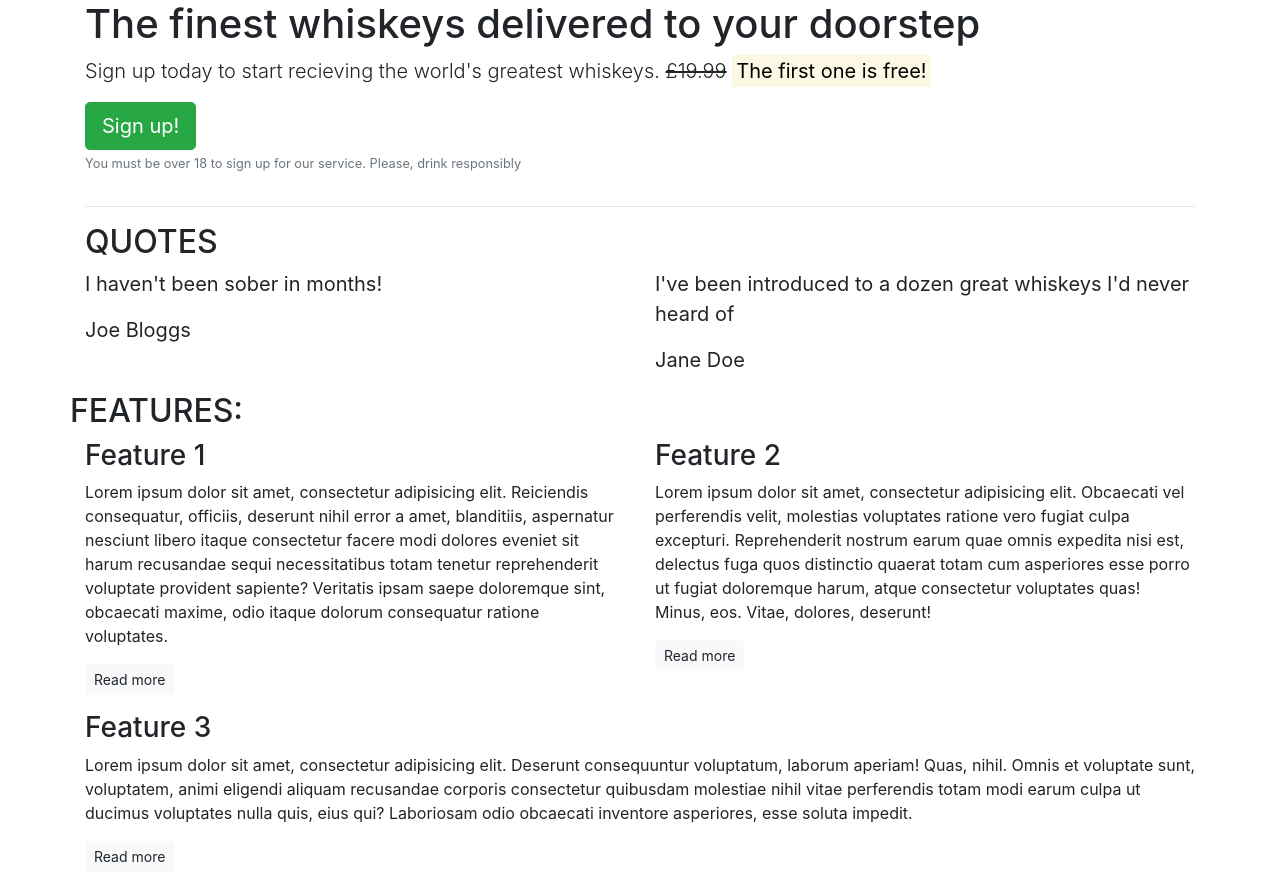
Repository: Matt-F90/Intro-to-bootstrap
Page: index..html
The author's editor kept a record of every edit. The page is drawn from the files as they stood at one moment, then again after the next edit.
The browser window is 1280 px wide. The pictures show the whole page.

Above is the page before.
Console error: TypeError: Cannot read properties of undefined (reading 'fn')

### index..html
<!DOCTYPE html>
<html lang="en">

<head>
    <meta charset="UTF-8">
    <meta name="viewport" content="width=device-width, initial-scale=1.0">
    <meta http-equiv="X-UA-Compatible" content="ie=edge">
    <title>Whiskey Drop | Taste a new whiskey every month</title>
    <link rel="stylesheet" href="https://stackpath.bootstrapcdn.com/bootstrap/4.1.3/css/bootstrap.min.css" integrity="sha384-MCw98/SFnGE8fJT3GXwEOngsV7Zt27NXFoaoApmYm81iuXoPkFOJwJ8ERdknLPMO" crossorigin="anonymous">
    <script src="https://stackpath.bootstrapcdn.com/bootstrap/4.1.3/js/bootstrap.min.js" integrity="sha384-ChfqqxuZUCnJSK3+MXmPNIyE6ZbWh2IMqE241rYiqJxyMiZ6OW/JmZQ5stwEULTy" crossorigin="anonymous"></script>
</head>

<body>
    <article class="container">
        <div class="row">
            <div class="col-12">
                <section class="callout">
                    <h1>The finest whiskeys delivered to your doorstep</h1>
                    <p class="lead">Sign up today to start recieving the world's greatest whiskeys.
                        <s>£19.99</s> <strong><mark>The first one is free!</mark></strong></p>
                    <button class="btn btn-success btn-lg">Sign up!</button>
                    <p class="text-muted"><small>You must be over 18 to sign up for our service. Please, drink responsibly</small></p>
                </section>
            </div>
        </div>

        <hr>
        <section class="quotes">
            <div class="row">
                <div class="col-12">
                    <h2 class="text-uppercase">Quotes</h2>
                </div>
            </div>
            <div class="row">
                <div class="col-12 col-md-6">
                    <blockquote class="blockquote">
                        <p>I haven't been sober in months!</p>
                        <p>Joe Bloggs</p>
                    </blockquote>
                </div>
                <div class="col-12 col-md-6">
                    <blockquote class="blockquote">
                        <p>I've been introduced to a dozen great whiskeys I'd never heard of</p>
                        <p>Jane Doe</p>
                    </blockquote>
                </div>
            </div>
        </section>


        <section class="features">
            <div class="row">
                <div class="col-12"></div>
                <h2 class="text-uppercase">Features:</h2>
            </div>
            </div>
            <div class="row">
                <div class="col-12 col-md-6">
                <div class="feature">
                        <h3>Feature 1</h3>
                        <p>Lorem ipsum dolor sit amet, consectetur adipisicing elit. Reiciendis consequatur, officiis, deserunt nihil error a amet, blanditiis, aspernatur nesciunt libero itaque consectetur facere modi dolores eveniet sit harum recusandae
                            sequi necessitatibus totam tenetur reprehenderit voluptate provident sapiente? Veritatis ipsam saepe doloremque sint, obcaecati maxime, odio itaque dolorum consequatur ratione voluptates.</ipsum50>
                        </p>
                        <p><a class="btn btn-sm btn-light">Read more</a></p>
                    </div>
                </div>
                <div class="col-12 col-md-6">
                <div class="feature">
                        <h3>Feature 2</h3>
                        <p>Lorem ipsum dolor sit amet, consectetur adipisicing elit. Obcaecati vel perferendis velit, molestias voluptates ratione vero fugiat culpa excepturi. Reprehenderit nostrum earum quae omnis expedita nisi est, delectus fuga quos distinctio
                            quaerat totam cum asperiores esse porro ut fugiat doloremque harum, atque consectetur voluptates quas! Minus, eos. Vitae, dolores, deserunt!</p>
                        <p><a class="btn btn-sm btn-light">Read more</a></p>
                    </div>
                </div>
                <div class="col-12">
                <div class="feature">
                        <h3>Feature 3</h3>
                        <p>Lorem ipsum dolor sit amet, consectetur adipisicing elit. Deserunt consequuntur voluptatum, laborum aperiam! Quas, nihil. Omnis et voluptate sunt, voluptatem, animi eligendi aliquam recusandae corporis consectetur quibusdam molestiae
                            nihil vitae perferendis totam modi earum culpa ut ducimus voluptates nulla quis, eius qui? Laboriosam odio obcaecati inventore asperiores, esse soluta impedit.</p>
                        <p><a class="btn btn-sm btn-light">Read more</a></p>
                    </div>
                </div>
            </div>
        </section>

    </article>

</body>

</html>

After the next edit:
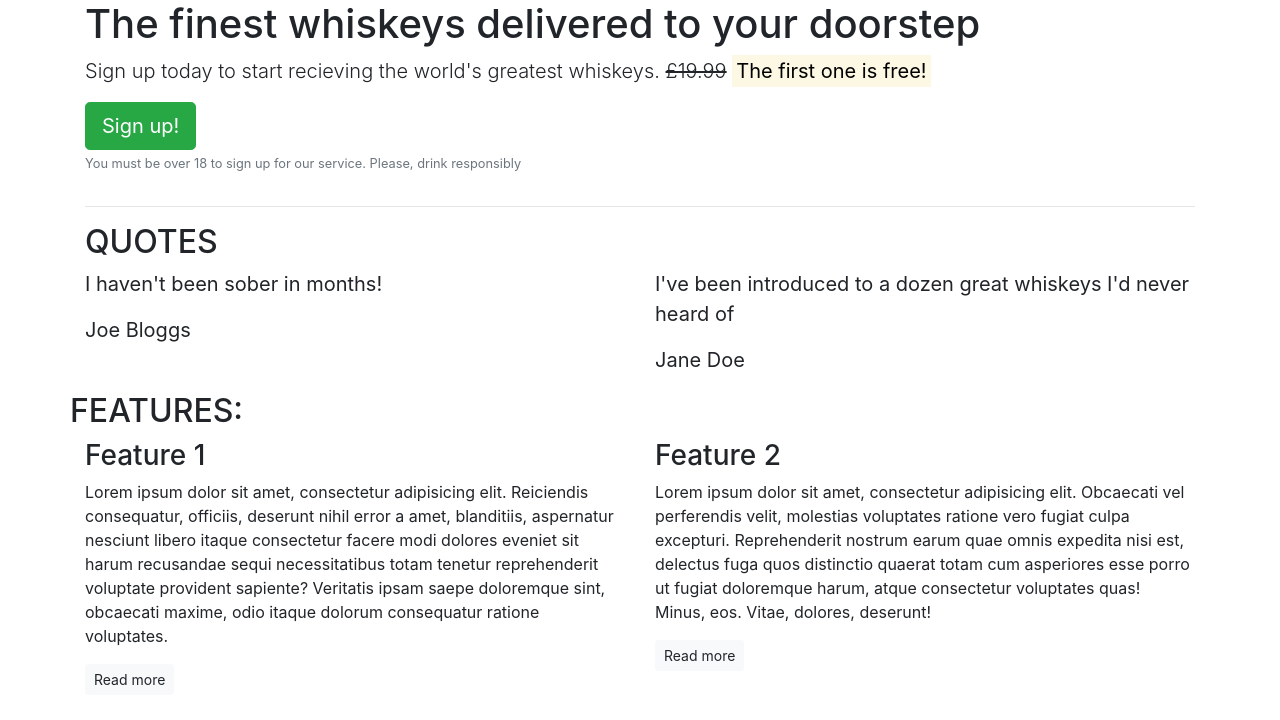
The edit:
--- a/index..html
+++ b/index..html
@@ -72,7 +72,7 @@
                         <p><a class="btn btn-sm btn-light">Read more</a></p>
                     </div>
                 </div>
-                <div class="col-12">
+                <div class="col-12 d-md-none">
                 <div class="feature">
                         <h3>Feature 3</h3>
                         <p>Lorem ipsum dolor sit amet, consectetur adipisicing elit. Deserunt consequuntur voluptatum, laborum aperiam! Quas, nihil. Omnis et voluptate sunt, voluptatem, animi eligendi aliquam recusandae corporis consectetur quibusdam molestiae
